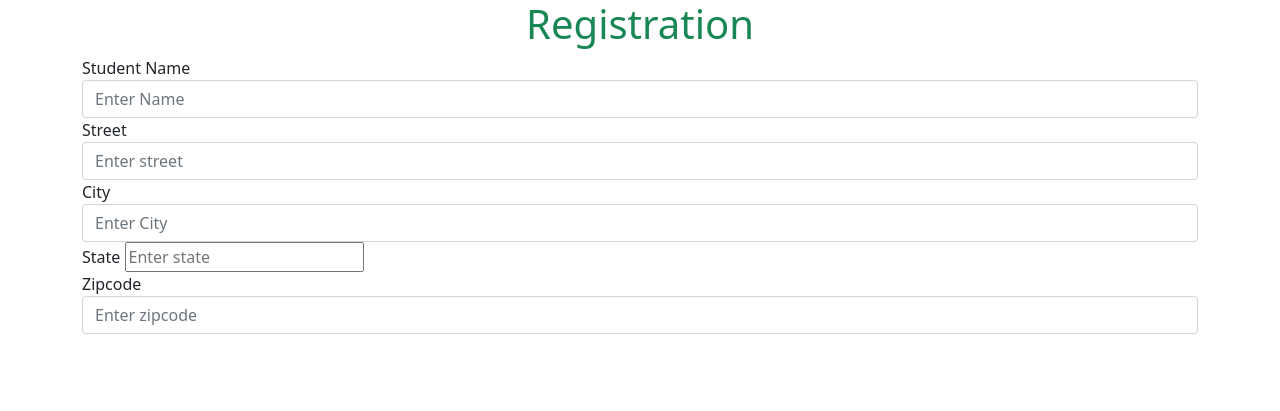
Repository: Laxman877/PracticeJava
Page: http://localhost/HibernateAssingment_004/
An editor plug-in stored every save of this project. The page is shown before and after the next save, followed by the edit.
The browser window is 1280 px wide. The pictures show the whole page.
The page is served by Tomcat 9.

Above is the page before, as saved 2022-07-23 05:24:50.

After the next save:
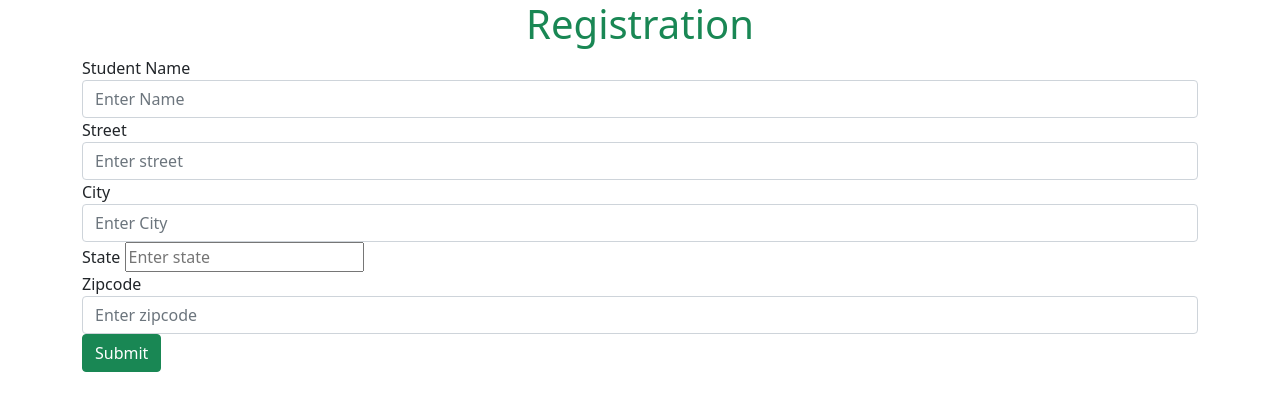
Saved 70 s later.
--- a/HibernateAssingment_004/src/main/webapp/index.jsp
+++ b/HibernateAssingment_004/src/main/webapp/index.jsp
@@ -36,6 +36,7 @@
 <label>Zipcode</label>
 <input type="text" name="zipcode" placeholder="Enter zipcode" class="form-control">
 </div>
+<input type="submit" class="btn btn-success">
 </form>
 </div>
 </div>
